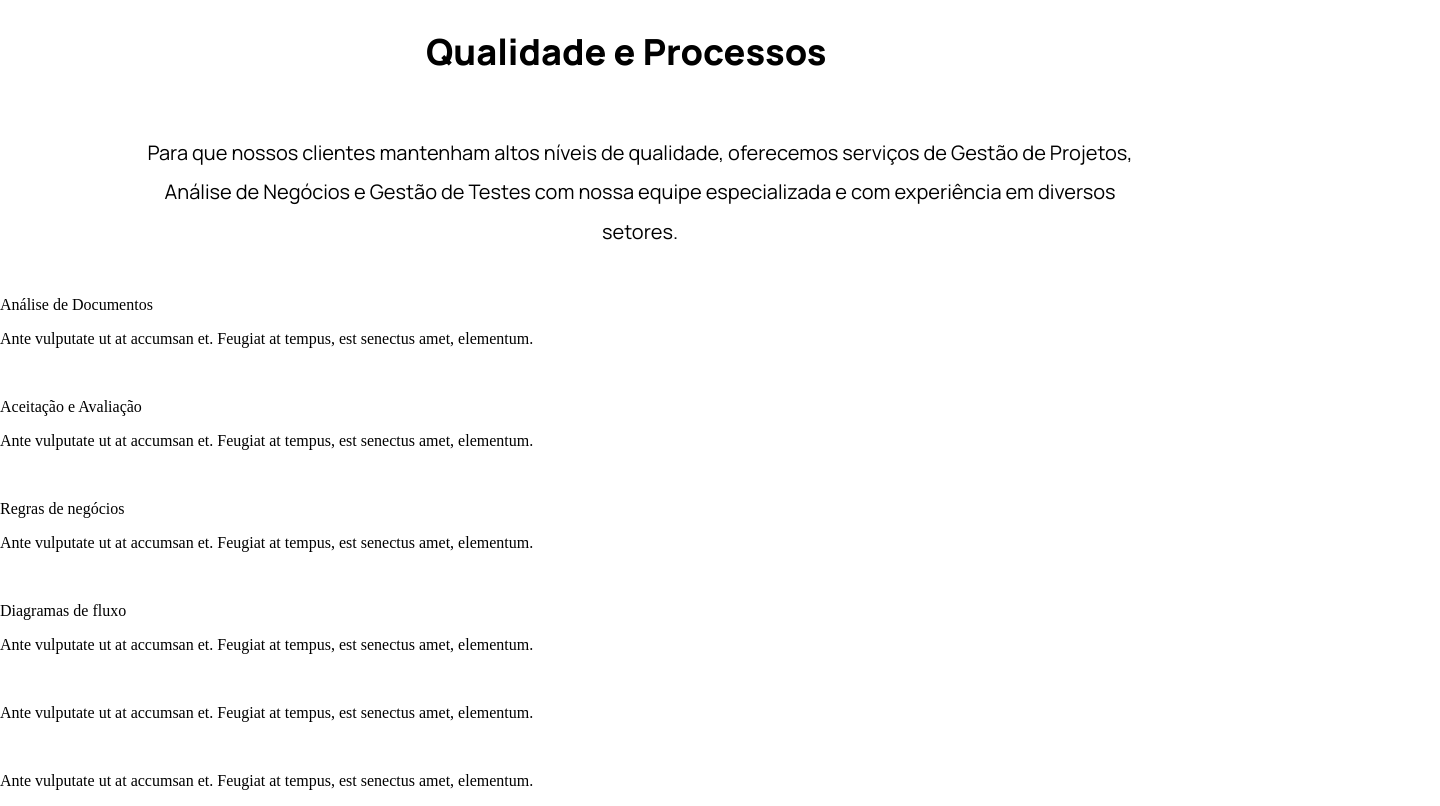
Repository: kleber-goncalves/Landing-Page-Gestao-de-projetos-dnc
Page: index.html
These files come from the project's save history. The page is drawn as it stood at one moment and after the next save; the edit follows.
The browser window is 1280 px wide. The page is 1440 px wide, so the pictures cover 1440 px, including what lies to the right of the window. The pictures show the part of the page from y = 757 to 1597 px (the page is 1563 px tall before and 1597 px after).

Above is the page before, as saved 2025-01-04 15:54:48.

After the next save:
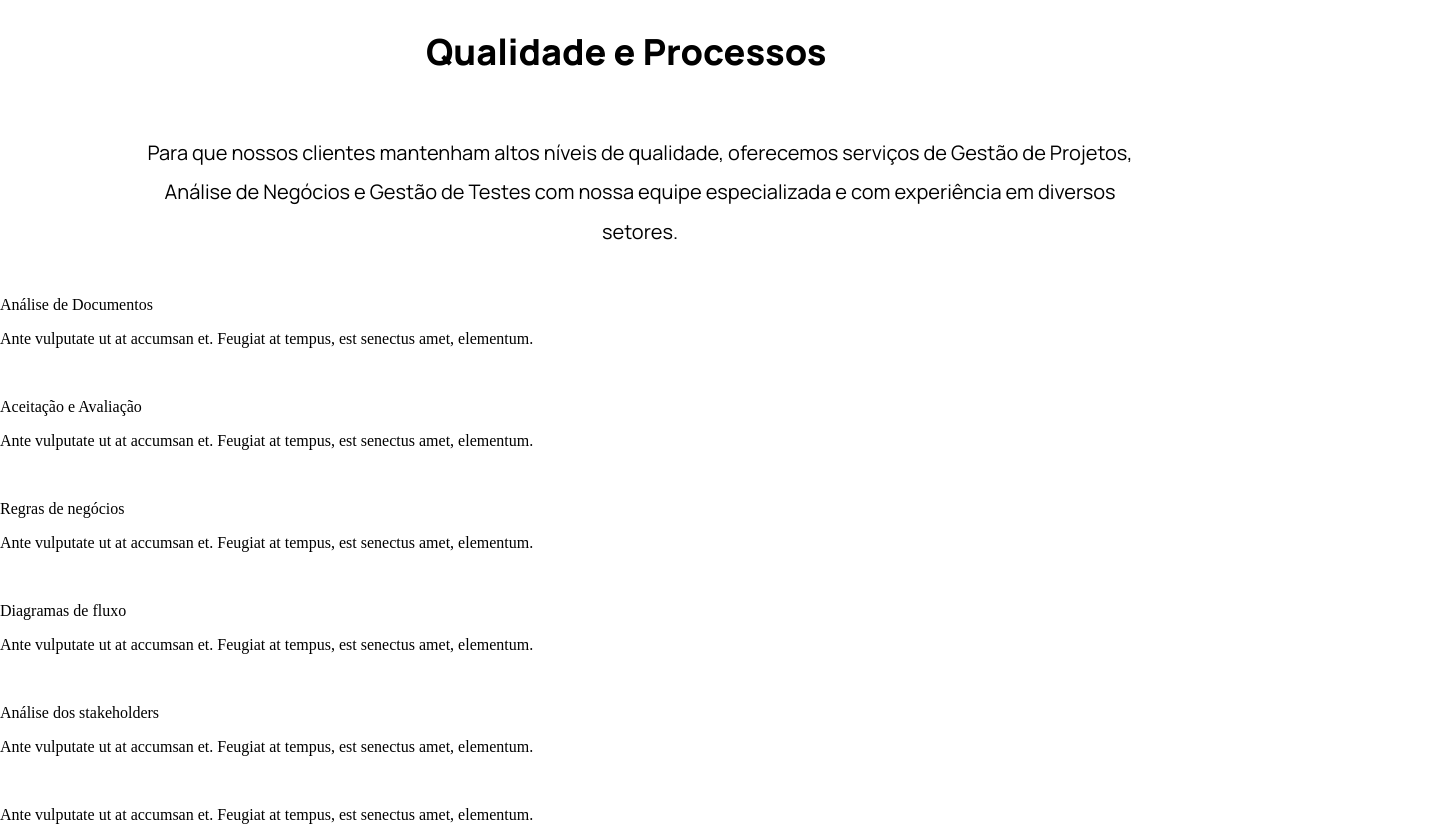
Saved 17 s later.
--- a/index.html
+++ b/index.html
@@ -51,7 +51,7 @@
                 </div>
                 <div id="icons-bola">
                     <img class="img-icons" src="" alt="">
-                    <p class="txt-icons"></p>
+                    <p class="txt-icons">Análise dos stakeholders</p>
                     <p class="sub-icons">Ante vulputate ut at accumsan et. Feugiat at tempus, est senectus amet, elementum.</p>
                 </div>
                 <div id="icons-figma">
